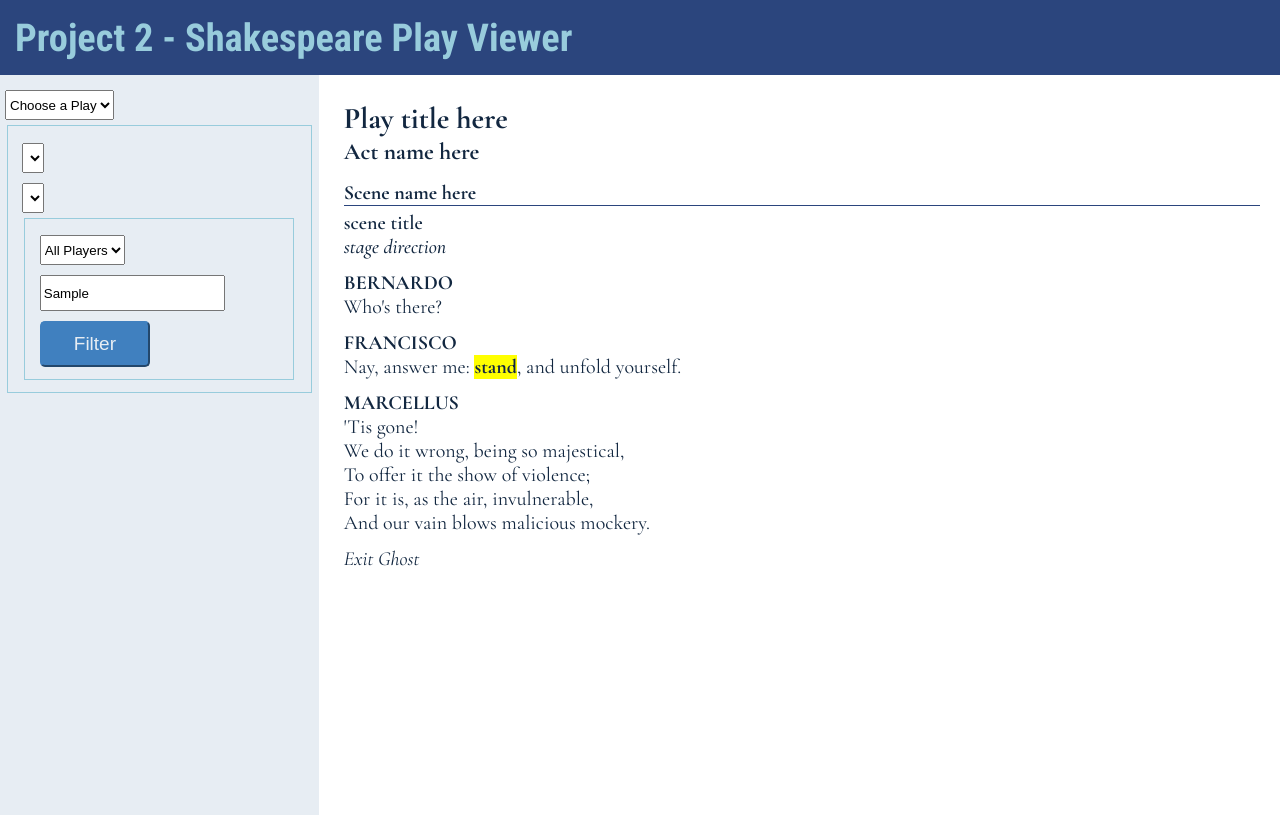
Repository: nsriv531/web3lab
Page: starting_files/ch10-proj02.html
An editor plug-in stored every save of this project. The page is shown before and after the next save, followed by the edit.
The browser window is 1280 px wide. The pictures show the whole page.
Empty fields were first filled with sample values (such as "Sample", 5 or name@example.com).
After loading, the first visible `#btnHighlight` was clicked once.

Above is the page before, as saved 2024-01-31 22:01:35.

After the next save:
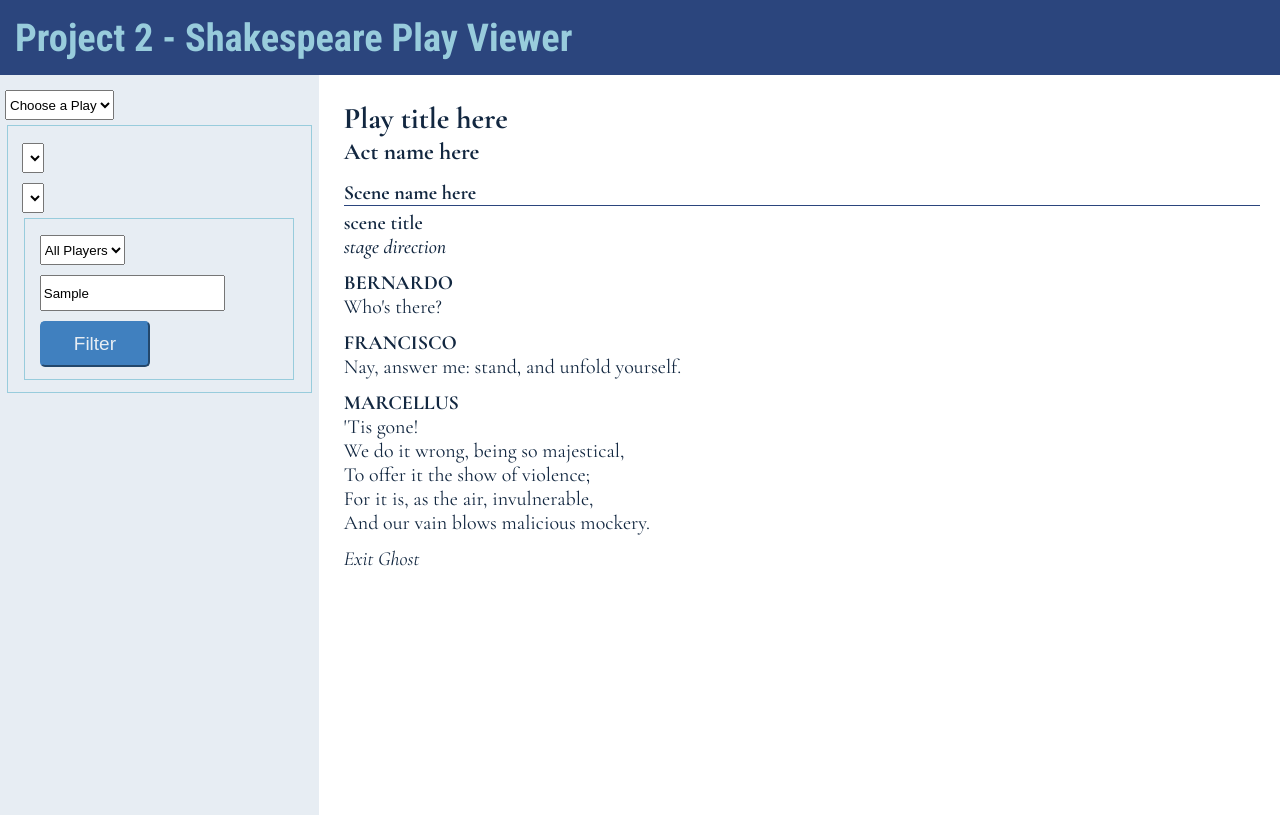
Saved 2 min 17 s later.
--- a/starting_files/ch10-proj02.js
+++ b/starting_files/ch10-proj02.js
@@ -28,29 +28,34 @@
 
 
          const filterButton = document.getElementById('btnHighlight');
-         filterButton.addEventListener('click', function() {
-             // Get the text entered in the filter input
-             const filterText = document.getElementById('txtHighlight').value.trim().toLowerCase();
-
-             // Get all speech paragraphs
-             const speechParagraphs = document.querySelectorAll('.speech p');
-
-             // Iterate over each paragraph and highlight matching text
-             speechParagraphs.forEach(paragraph => {
-                 // Reset previous highlights
-                 paragraph.style.backgroundColor = 'transparent';
-
-                 // Check if the paragraph text contains the filter text
-                 if (filterText !== '') {
-                     const text = paragraph.textContent.trim().toLowerCase();
-                     const index = text.indexOf(filterText);
-                     if (index !== -1) {
-                         // Highlight matching text by setting background color
-                         paragraph.style.backgroundColor = 'yellow';
-                     }
-                 }
-             });
-            });
+    filterButton.addEventListener('click', function() {
+        // Get the text entered in the filter input
+        const filterText = document.getElementById('txtHighlight').value.trim().toLowerCase();
+
+        // Get all speech paragraphs
+        const speechParagraphs = document.querySelectorAll('.speech p');
+
+        // Iterate over each paragraph and highlight matching text
+        speechParagraphs.forEach(paragraph => {
+            // Remove previous highlights
+            paragraph.innerHTML = paragraph.textContent;
+
+            // Check if the paragraph text contains the filter text
+            if (filterText !== '') {
+                const text = paragraph.textContent.trim().toLowerCase();
+                const index = text.indexOf(filterText);
+                if (index !== -1) {
+                    // Highlight matching text by wrapping in a span element with inline styles
+                    const highlightedText = paragraph.textContent.substring(0, index) +
+                        '<span style="background-color: yellow;">' +
+                        paragraph.textContent.substring(index, index + filterText.length) +
+                        '</span>' +
+                        paragraph.textContent.substring(index + filterText.length);
+                    paragraph.innerHTML = highlightedText;
+                }
+            }
+        });
+    });
          // Add change event handler to playList select
          playListSelect.addEventListener('change', function() {
             // Get the selected play value from the option

After the save that followed:
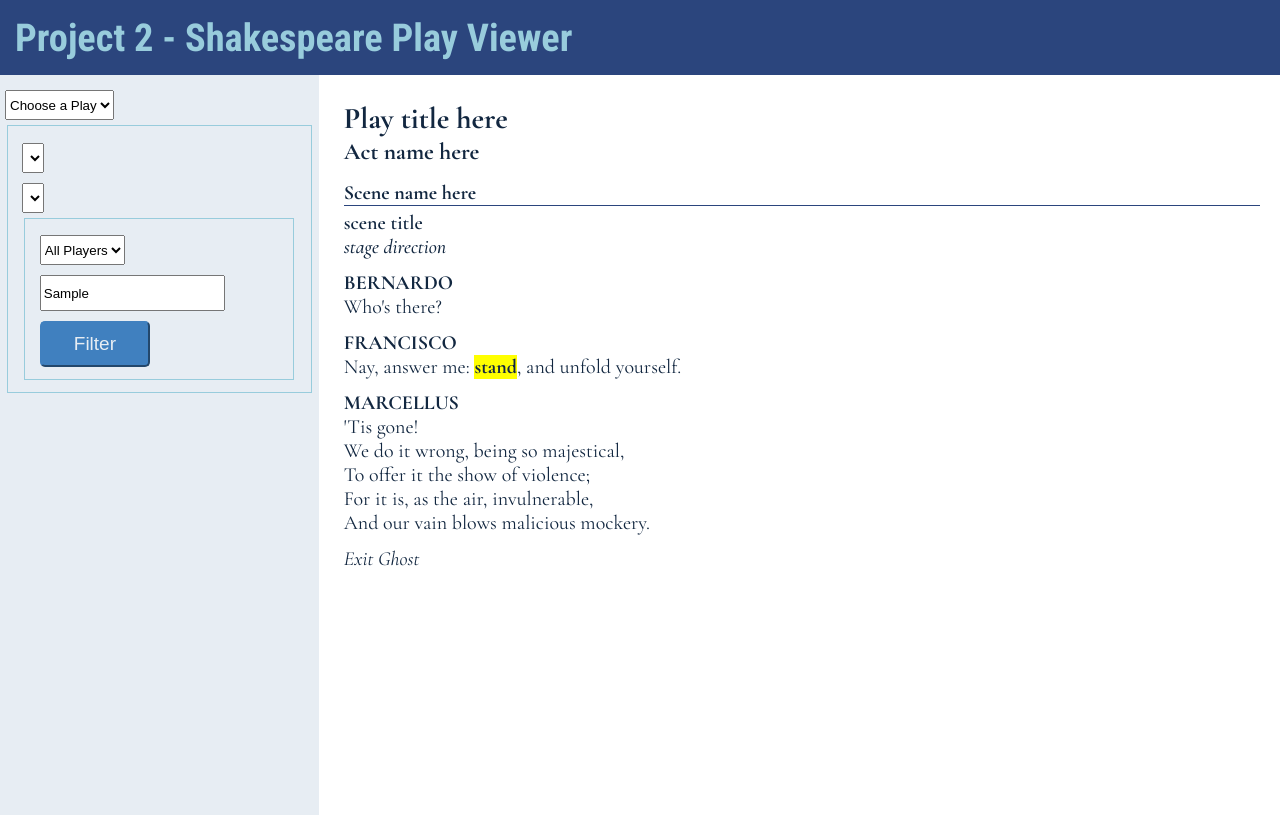
Saved 117 s later.
--- a/starting_files/ch10-proj02.js
+++ b/starting_files/ch10-proj02.js
@@ -28,34 +28,43 @@
 
 
          const filterButton = document.getElementById('btnHighlight');
-    filterButton.addEventListener('click', function() {
-        // Get the text entered in the filter input
-        const filterText = document.getElementById('txtHighlight').value.trim().toLowerCase();
-
-        // Get all speech paragraphs
-        const speechParagraphs = document.querySelectorAll('.speech p');
-
-        // Iterate over each paragraph and highlight matching text
-        speechParagraphs.forEach(paragraph => {
-            // Remove previous highlights
-            paragraph.innerHTML = paragraph.textContent;
-
-            // Check if the paragraph text contains the filter text
-            if (filterText !== '') {
-                const text = paragraph.textContent.trim().toLowerCase();
-                const index = text.indexOf(filterText);
-                if (index !== -1) {
-                    // Highlight matching text by wrapping in a span element with inline styles
-                    const highlightedText = paragraph.textContent.substring(0, index) +
-                        '<span style="background-color: yellow;">' +
-                        paragraph.textContent.substring(index, index + filterText.length) +
-                        '</span>' +
-                        paragraph.textContent.substring(index + filterText.length);
-                    paragraph.innerHTML = highlightedText;
-                }
-            }
-        });
-    });
+         filterButton.addEventListener('click', function() {
+             // Get the text entered in the filter input
+             const filterText = document.getElementById('txtHighlight').value.trim().toLowerCase();
+
+             // Get all speech paragraphs
+             const speechParagraphs = document.querySelectorAll('.speech p');
+
+             // Iterate over each paragraph and highlight matching text
+             speechParagraphs.forEach(paragraph => {
+                 // Remove previous highlights
+                 paragraph.querySelectorAll('span.highlight').forEach(span => {
+                     span.outerHTML = span.innerHTML;
+                 });
+
+                 // Check if the paragraph text contains the filter text
+                 if (filterText !== '') {
+                     const text = paragraph.textContent.trim().toLowerCase();
+                     let index = text.indexOf(filterText);
+                     while (index !== -1) {
+                         // Wrap matching text in a span element with a yellow background
+                         const span = document.createElement('span');
+                         span.className = 'highlight';
+                         span.textContent = paragraph.textContent.substring(index, index + filterText.length);
+                         span.style.backgroundColor = 'yellow';
+
+                         // Replace matching text with the span element
+                         const replacement = paragraph.innerHTML.substring(0, index) +
+                             span.outerHTML +
+                             paragraph.innerHTML.substring(index + filterText.length);
+                         paragraph.innerHTML = replacement;
+
+                         // Continue searching for next occurrence of filter text
+                         index = text.indexOf(filterText, index + 1);
+                     }
+                 }
+             });
+         });
          // Add change event handler to playList select
          playListSelect.addEventListener('change', function() {
             // Get the selected play value from the option
